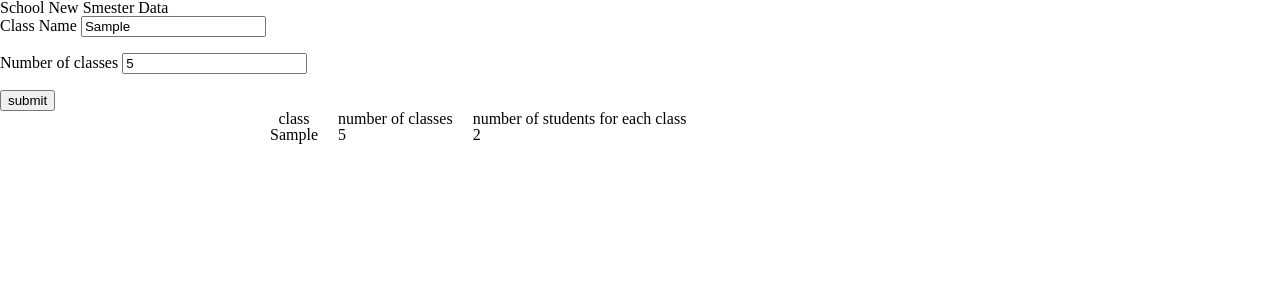
Repository: Razan-am/exam-practice
Page: index.html
An editor plug-in stored every save of this project. The page is shown before and after the next save, followed by the edit.
The browser window is 1280 px wide. The pictures show the whole page.
Empty fields were first filled with sample values (such as "Sample", 5 or name@example.com).
After loading, the first visible `#myForm` was submitted once.

Above is the page before, as saved 2021-05-30 23:15:57.

### index.html
<!DOCTYPE html>
<html lang="en">
<head>
    <meta charset="UTF-8">
    <meta http-equiv="X-UA-Compatible" content="IE=edge">
    <meta name="viewport" content="width=device-width, initial-scale=1.0">
    <title>Document</title>
    <link rel="stylesheet" href="css/reset.css">
    <link rel="stylesheet" href="css/style.css">
</head>
<body>
    <header>
        <h1>School New Smester Data</h1>
    </header>
    <main>
        <form action="" id="myForm">
            <fieldset>
                <label for="className">Class Name</label>
                <input type="text" id="className" name="className" placeholder="9th">
                <br/><br/>
                <label for="classNumber">
                    Number of classes
                </label>
                <input type="number" id="classNamber" name="classNumber">
                <br/><br/>
                <input type="submit" value="submit">
            </fieldset>
        </form>
        <div >
            <table id="table"></table>
        </div>
    </main>
    <footer></footer>
    <script src="js/app.js"></script>
</body>
</html>

### css/style.css
table {
    margin-left: 250px;
}
th{
    padding-left: 20px;
}
td{
    padding-left: 20px;
}

### js/app.js
'use strict';

let myForm = document.getElementById('myForm');
let myTable = document.getElementById('table');

let headerData = ['class', 'number of classes', 'number of students for each class']

let mainArr = [];
function Myform(className, numberOfClasses) {
    this.className = className;
    this.numberOfClasses = numberOfClasses;
    this.randomNumber = 0;
    mainArr.push(this);
}
console.log(mainArr);

function random(min, max) {
    mainArr.randomNumber = Math.floor(Math.random() * (max - min + 1)) + min;
}


myForm.addEventListener('submit', handleSubmit);

function handleSubmit(event) {
    event.preventDefault();
    let className = event.target.className.value;
    let classNumber = event.target.classNumber.value;
    new Myform(className, classNumber);
    theader();
    render();
}

let headerEl = document.createElement('tr');
myTable.appendChild(headerEl);
function theader() {
    theader.textContent='';
    for (let index = 0; index < headerData.length; index++) {
        let thEl = document.createElement('th');
        headerEl.appendChild(thEl);
        thEl.textContent = `${headerData[index]}`
    }
}
let tBody = document.createElement('tr');
myTable.appendChild(tBody);
function render() {
    tBody.textContent='';
    for (let index = 0; index < mainArr.length; index++) {
        let td1 = document.createElement('td');
        tBody.appendChild(td1);
        td1.textContent = `${mainArr[index].className}`;
    }

    for (let i = 0; i < mainArr.length; i++) {
        let td2 = document.createElement('td');
        tBody.appendChild(td2);
        td2.textContent = `${mainArr[i].numberOfClasses}`;
    }

    let td3 = document.createElement('td');
    tBody.appendChild(td3);
    td3.textContent = `${mainArr.randomNumber}`;
}


random(1, 10);

Loaded but not shown: css/reset.css (common file)

After the next save:
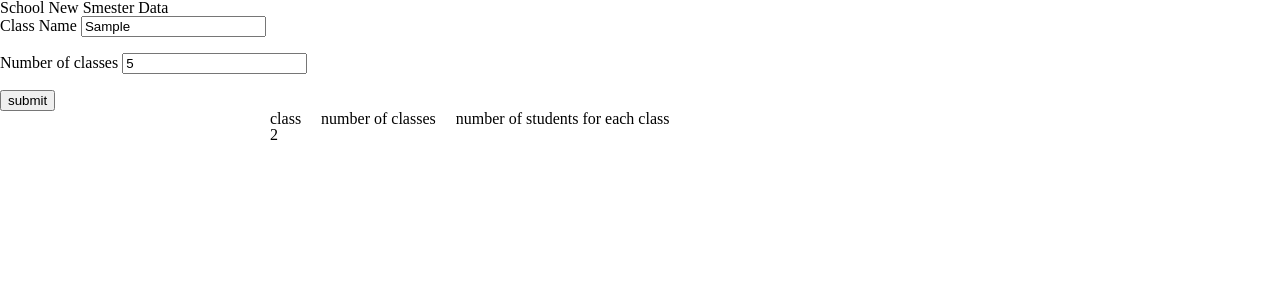
Saved 24 s later.
--- a/js/app.js
+++ b/js/app.js
@@ -44,17 +44,17 @@ let tBody = document.createElement('tr');
 myTable.appendChild(tBody);
 function render() {
     tBody.textContent='';
-    for (let index = 0; index < mainArr.length; index++) {
-        let td1 = document.createElement('td');
-        tBody.appendChild(td1);
-        td1.textContent = `${mainArr[index].className}`;
-    }
+    // for (let index = 0; index < mainArr.length; index++) {
+    //     let td1 = document.createElement('td');
+    //     tBody.appendChild(td1);
+    //     td1.textContent = `${mainArr[index].className}`;
+    // }
 
-    for (let i = 0; i < mainArr.length; i++) {
-        let td2 = document.createElement('td');
-        tBody.appendChild(td2);
-        td2.textContent = `${mainArr[i].numberOfClasses}`;
-    }
+    // for (let i = 0; i < mainArr.length; i++) {
+    //     let td2 = document.createElement('td');
+    //     tBody.appendChild(td2);
+    //     td2.textContent = `${mainArr[i].numberOfClasses}`;
+    // }
 
     let td3 = document.createElement('td');
     tBody.appendChild(td3);

After the 2 saves that followed:
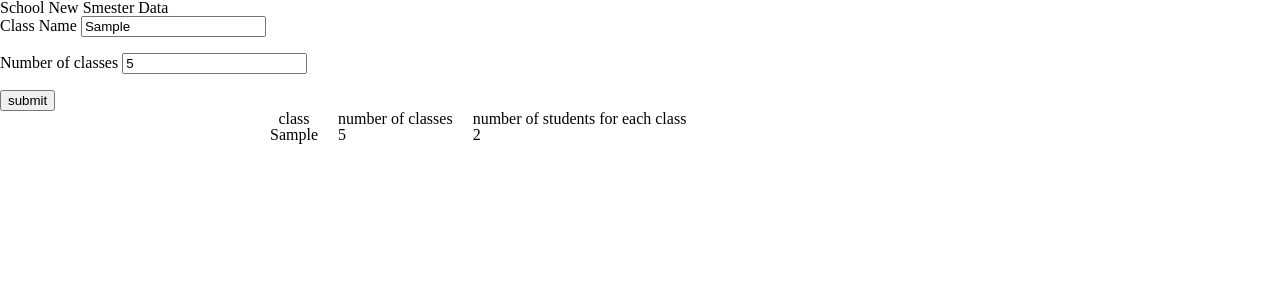
The 2 saves are shown as one change because 1 left the picture as it was.
The last was saved 32 s later.
--- a/js/app.js
+++ b/js/app.js
@@ -44,17 +44,17 @@ let tBody = document.createElement('tr');
 myTable.appendChild(tBody);
 function render() {
     tBody.textContent='';
-    // for (let index = 0; index < mainArr.length; index++) {
-    //     let td1 = document.createElement('td');
-    //     tBody.appendChild(td1);
-    //     td1.textContent = `${mainArr[index].className}`;
-    // }
+    for (let index = 0; index < mainArr.length; index++) {
+        let td1 = document.createElement('td');
+        tBody.appendChild(td1);
+        td1.textContent = `${mainArr[index].className}`;
+    }
 
-    // for (let i = 0; i < mainArr.length; i++) {
-    //     let td2 = document.createElement('td');
-    //     tBody.appendChild(td2);
-    //     td2.textContent = `${mainArr[i].numberOfClasses}`;
-    // }
+    for (let i = 0; i < mainArr.length; i++) {
+        let td2 = document.createElement('td');
+        tBody.appendChild(td2);
+        td2.textContent = `${mainArr[i].numberOfClasses}`;
+    }
 
     let td3 = document.createElement('td');
     tBody.appendChild(td3);
